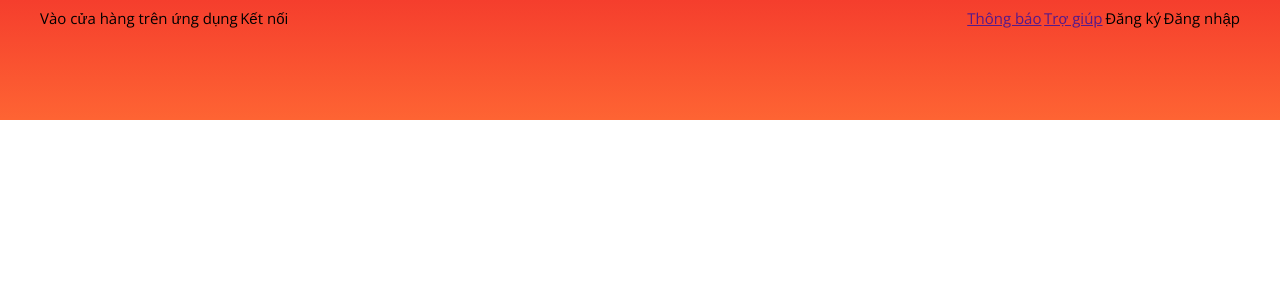
Repository: trongtamdev/Clone-Shopee-Page
Page: index.html
These files come from the project's save history. The page is drawn as it stood at one moment and after the next save; the edit follows.
The browser window is 1280 px wide. The pictures show the whole page.

Above is the page before, as saved 2022-07-05 15:54:08.

After the next save:
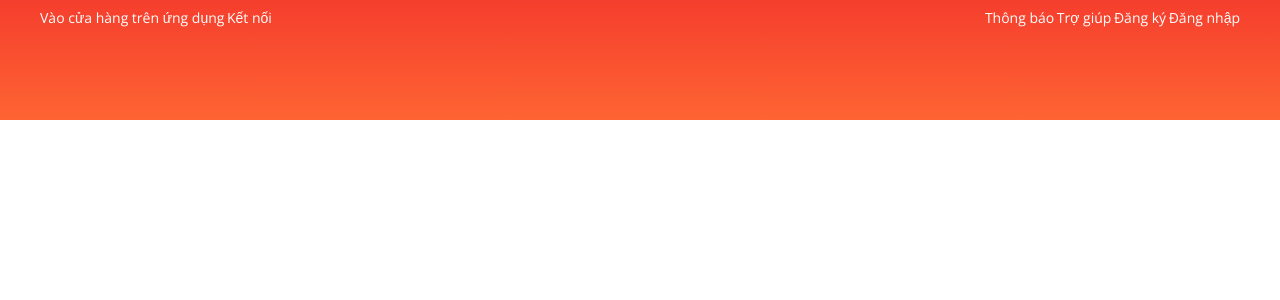
Saved 5 min 7 s later.
--- a/assets/css/main.css
+++ b/assets/css/main.css
@@ -15,5 +15,8 @@
 
 .header__navbar-item, .header__navbar-item-link{
     display: inline-block;
-    font-size: 1.5rem;
+    font-size: 1.4rem;
+    color :var(--white-color);
+    text-decoration: none;
+    font-weight: 300;
 }
